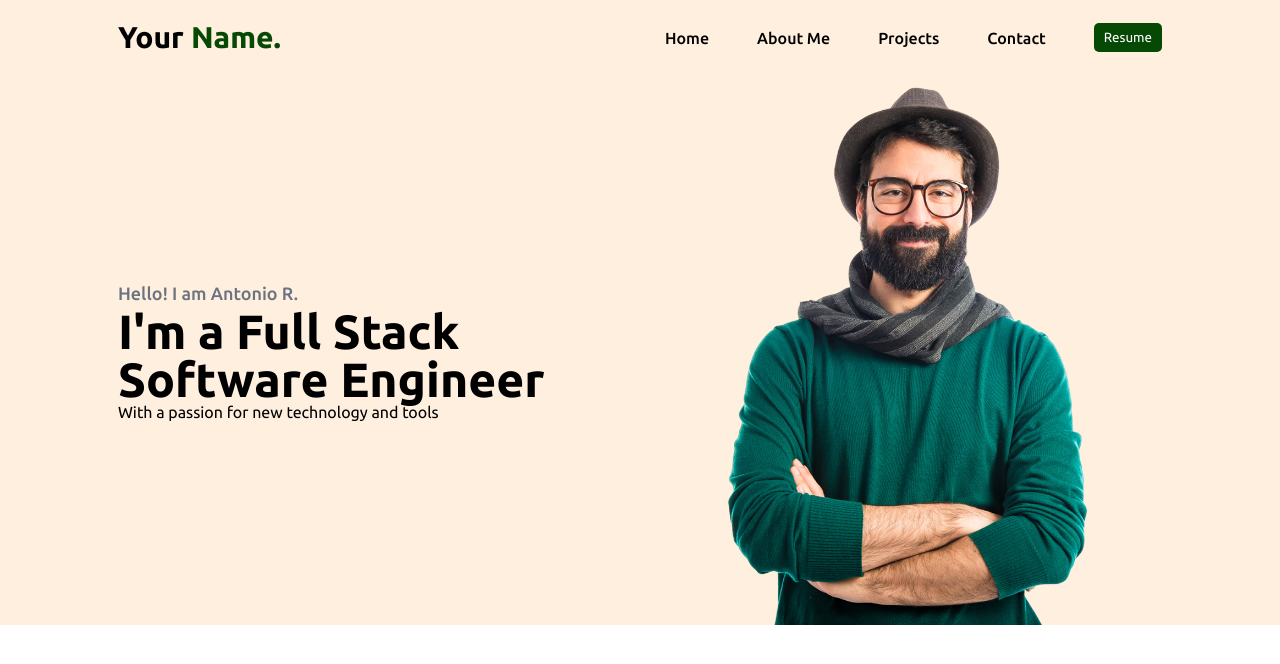
Repository: DevAntonioRogers/vanilla-portfolio
Page: index.html
An editor plug-in stored every save of this project. The page is shown before and after the next save, followed by the edit.
The browser window is 1280 px wide. The pictures show the whole page.

Above is the page before, as saved 2023-07-14 22:09:05.

### index.html
<!DOCTYPE html>
<html lang="en">
  <head>
    <meta charset="UTF-8" />
    <meta name="viewport" content="width=device-width, initial-scale=1.0" />
    <link rel="stylesheet" href="style.css" />
    <title>Antonio Rogers</title>
  </head>
  <body>
    <nav>
      <div class="container navbar">
        <a href="/" aria-label="Home">
          <h1>Your <span>Name.</span></h1></a
        >
        <ul>
          <li>
            <a href="/" aria-label="Home">Home</a>
          </li>
          <li>
            <a href="/" aria-label="About Me">About Me</a>
          </li>
          <li>
            <a href="/" aria-label="Projects">Projects</a>
          </li>
          <li>
            <a href="/" aria-label="Contact">Contact</a>
          </li>
          <li>
            <a href="/resume.pdf" download aria-label="Download Resume">
              <button class="navbar-button">Resume</button>
            </a>
          </li>
        </ul>
      </div>
    </nav>

    <section class="hero">
      <div class="container hero-container">
        <div class="hero-info">
          <h4>Hello! I am Antonio R.</h4>
          <h1>I'm a Full Stack Software Engineer</h1>
          <p>With a passion for new technology and tools</p>
        </div>

        <div class="hero-image-container">
          <img src="hero.png" alt="" />
        </div>
      </div>
    </section>
  </body>
</html>

### style.css
@import url("https://fonts.googleapis.com/css2?family=Ubuntu:wght@300;400;500;700&display=swap");

* {
  box-sizing: border-box;
  padding: 0;
  margin: 0;
  font-family: "Ubuntu", sans-serif;
}

a {
  text-decoration: none;
  color: inherit;
}

li {
  list-style: none;
}

.container {
  width: 89%;
  margin: auto;
  max-width: 1044px;
}

/* NAVBAR STYLING */

nav {
  background: #feefde;
  padding: 20px 0;
}

.navbar {
  display: flex;
  justify-content: space-between;
  align-items: center;
}

.navbar h1 {
  font-size: 30px;
  font-weight: 700;
}

.navbar span {
  color: rgb(5, 73, 5);
}

.navbar ul {
  display: flex;
  align-items: center;
  gap: 3rem;
}

.navbar ul li {
  font-weight: 500;
}

.navbar-button {
  background-color: rgb(5, 73, 5);
  padding: 7px 10px;
  border-radius: 5px;
  color: white;
  border: none;
}

/* HERO STYLES */

.hero {
  background-color: #feefde;
}

.hero-container {
  display: grid;
  grid-template-columns: repeat(2, minmax(0, 1fr));
  align-items: center;
  gap: 1.5rem;
}

.hero-image-container {
  display: flex;
  justify-content: center;
  align-items: center;
}

.hero-info h4 {
  font-size: 1.12rem;
  line-height: 1.75rem;
  color: #6b7280;
  font-weight: 500;
}

.hero-info h1 {
  font-size: 3rem;
  line-height: 1;
}

.hero-container img {
  height: 550px;
  position: relative;
}

After the next save:
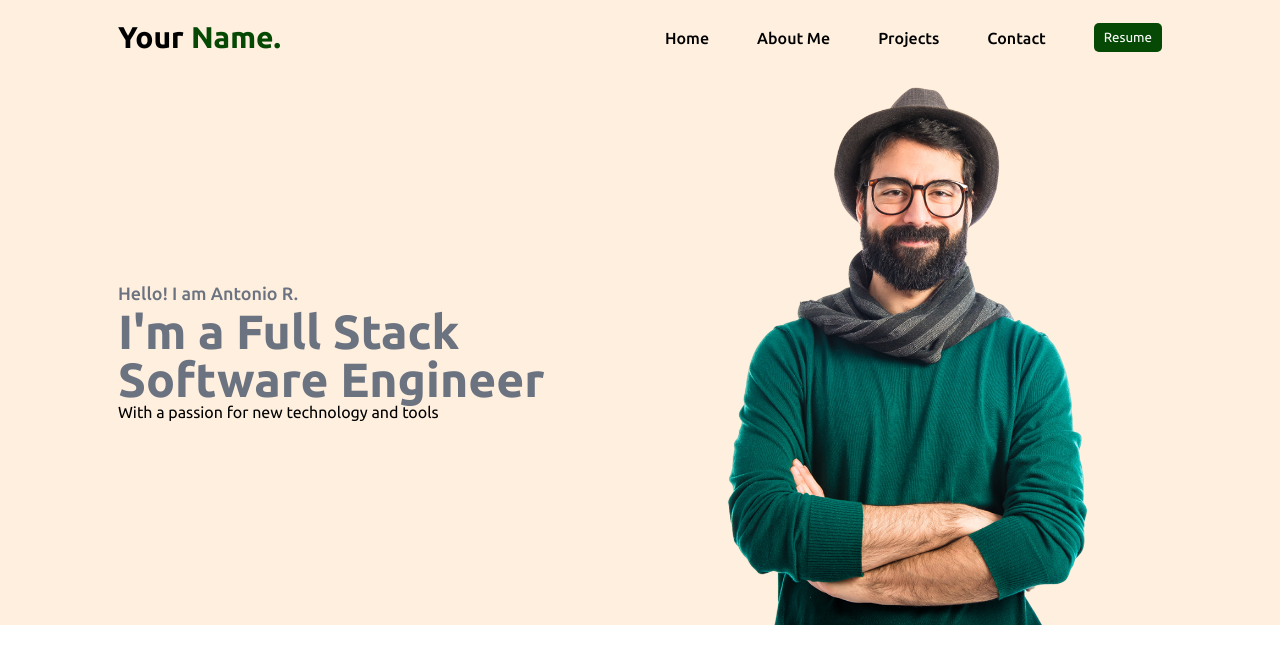
Saved 23 s later.
--- a/style.css
+++ b/style.css
@@ -91,6 +91,7 @@ nav {
 .hero-info h1 {
   font-size: 3rem;
   line-height: 1;
+  color: #6b7280;
 }
 
 .hero-container img {
